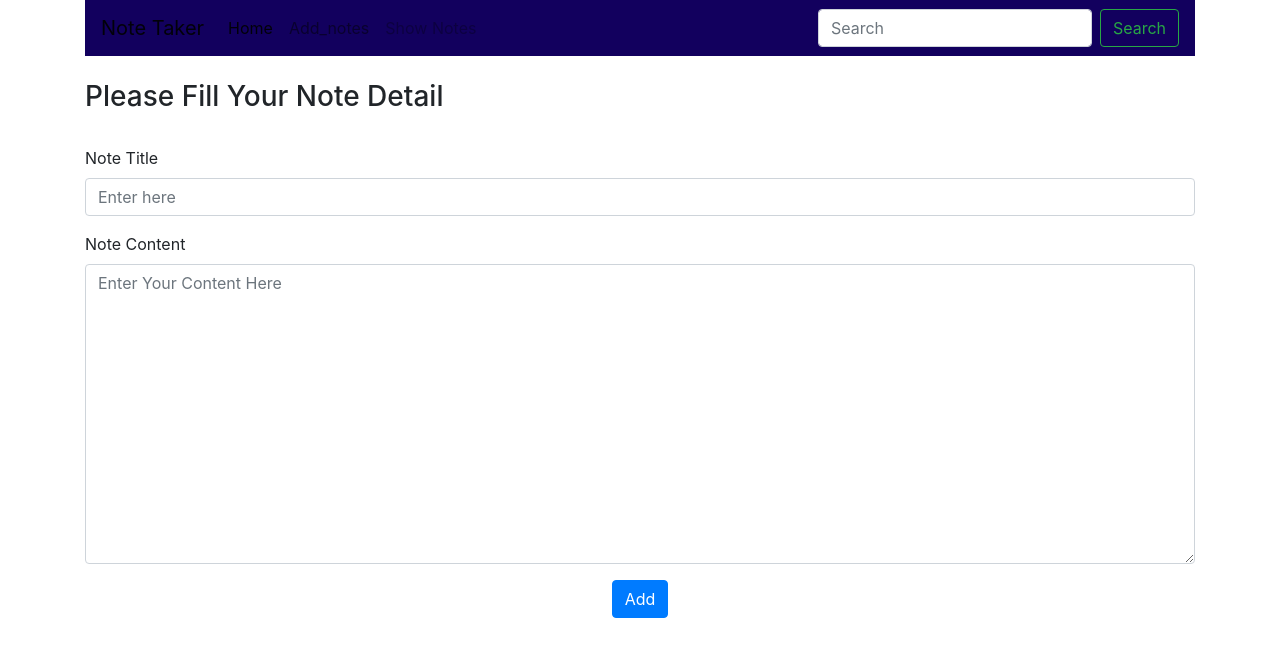
Repository: PratibhaMastud/index.jsp
Page: http://localhost/JavaWebApp/add_notes.jsp
These files come from the project's save history. The page is drawn as it stood at one moment and after the next save; the edit follows.
The browser window is 1280 px wide. The pictures show the whole page.
Some web libraries are served in a nearby version. The page is served by Tomcat 9. Other server files are loaded and not shown.

Above is the page before, as saved 2020-06-29 06:26:46.

### JavaWebApp/src/main/webapp/add_notes.jsp
<%@ page language="java" contentType="text/html; charset=ISO-8859-1"
    pageEncoding="ISO-8859-1"%>
<!DOCTYPE html>
<html>
<head>
<meta charset="ISO-8859-1">
<title>ADD NOTES</title>
	<%@include file="allcssbootstrapjsFile.jsp"%>
</head>
<body>
<div class="container">
	<%@include file="navbar.jsp"%><br>
		<h3>Please Fill Your Note Detail</h3></br>

<!--this is add form  -->
<form action="SaveNoteServlet" method="post">

  <div class="form-group">
   	 <label for="title">Note Title</label>
   	 <input
   	 name="title"
     required
     type="text"
     class="form-control"
      id="title"
      aria-describedby="emailHelp"
     placeholder="Enter here" />
  </div>


  <div class="form-group">
    <label for="exampleInputPassword1">Note Content</label>
    <textarea
    	 name="content"
    	 required
    	 id="content"
    	  placeholder="Enter Your Content Here"
    	  class="form-control"
    	  style="height:300px"></textarea>
  </div>
  <div class="container text-center">
  	   <button type="submit" class="btn btn-primary">Add</button>
  </div>
</form>

</div>
</body>
</html>

### JavaWebApp/src/main/webapp/allcssbootstrapjsFile.jsp
  <!-- Bootstrap CSS -->
    <link rel="stylesheet" href="https://maxcdn.bootstrapcdn.com/bootstrap/4.0.0/css/bootstrap.min.css"
     integrity="sha384-Gn5384xqQ1aoWXA+058RXPxPg6fy4IWvTNh0E263XmFcJlSAwiGgFAW/dAiS6JXm" crossorigin="anonymous">
	<link href="css/style.css" rel="stylesheet" />

  <!-- Optional JavaScript -->
    <!-- jQuery first, then Popper.js, then Bootstrap JS -->
    <script src="https://code.jquery.com/jquery-3.2.1.slim.min.js" integrity="sha384-KJ3o2DKtIkvYIK3UENzmM7KCkRr/rE9/Qpg6aAZGJwFDMVNA/GpGFF93hXpG5KkN" crossorigin="anonymous"></script>
    <script src="https://cdnjs.cloudflare.com/ajax/libs/popper.js/1.12.9/umd/popper.min.js" integrity="sha384-ApNbgh9B+Y1QKtv3Rn7W3mgPxhU9K/ScQsAP7hUibX39j7fakFPskvXusvfa0b4Q" crossorigin="anonymous"></script>
    <script src="https://maxcdn.bootstrapcdn.com/bootstrap/4.0.0/js/bootstrap.min.js" integrity="sha384-JZR6Spejh4U02d8jOt6vLEHfe/JQGiRRSQQxSfFWpi1MquVdAyjUar5+76PVCmYl" crossorigin="anonymous"></script>

### JavaWebApp/src/main/webapp/navbar.jsp
<nav class="navbar navbar-expand-lg navbar-light purple">
  <a class="navbar-brand" href="index.jsp">Note Taker</a>
  <button class="navbar-toggler" type="button" data-toggle="collapse" data-target="#navbarSupportedContent" aria-controls="navbarSupportedContent" aria-expanded="false" aria-label="Toggle navigation">
    <span class="navbar-toggler-icon"></span>
  </button>

  <div class="collapse navbar-collapse" id="navbarSupportedContent">
    <ul class="navbar-nav mr-auto">
      <li class="nav-item active">
        <a class="nav-link" href="index.jsp">Home <span class="sr-only">(current)</span></a>
      </li>
      <li class="nav-item">
        <a class="nav-link" href="add_notes.jsp">Add_notes</a>
      </li>

      <li class="nav-item">
        <a class="nav-link disabled" href="all_notes.jsp">Show Notes</a>
      </li>
    </ul>
    <form class="form-inline my-2 my-lg-0">
      <input class="form-control mr-sm-2" type="search" placeholder="Search" aria-label="Search">
      <button class="btn btn-outline-success my-2 my-sm-0" type="submit">Search</button>
    </form>
  </div>
</nav>

### JavaWebApp/src/main/webapp/css/style.css
.purple{
	background : #12005e;

}

After the next save:
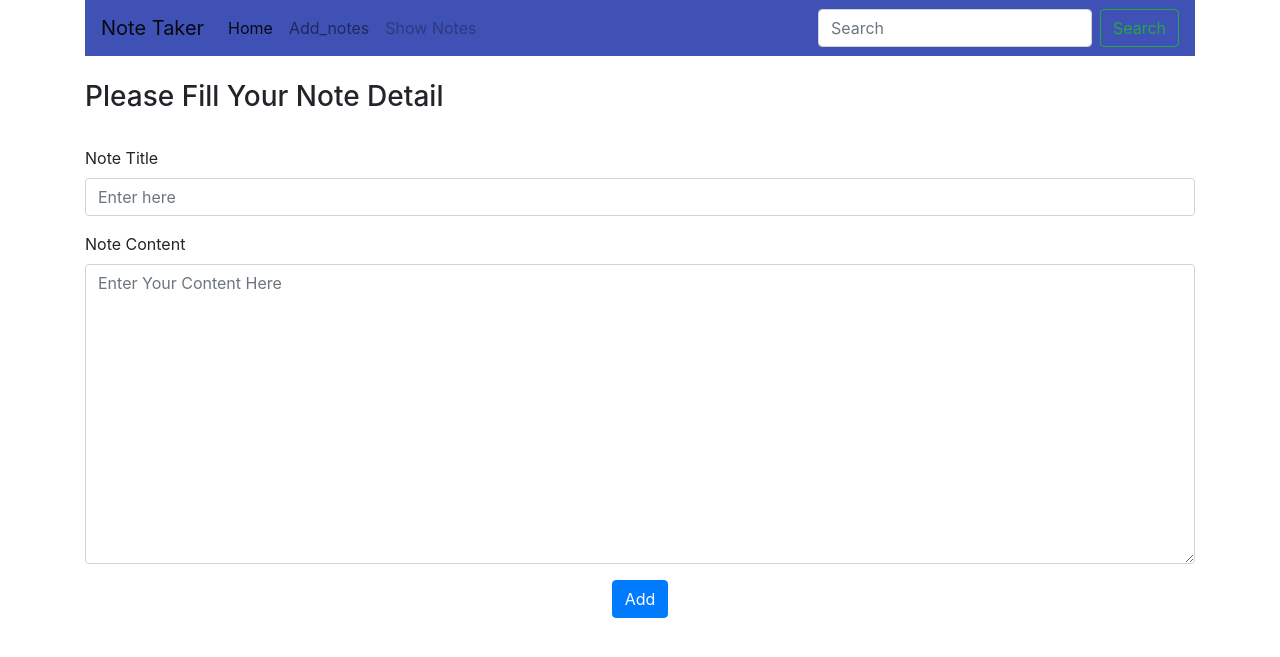
Saved 55 s later.
--- a/JavaWebApp/src/main/webapp/css/style.css
+++ b/JavaWebApp/src/main/webapp/css/style.css
@@ -1,4 +1,4 @@
 .purple{
-	background : #12005e;
+	background : #3f51b5;
 
 }
